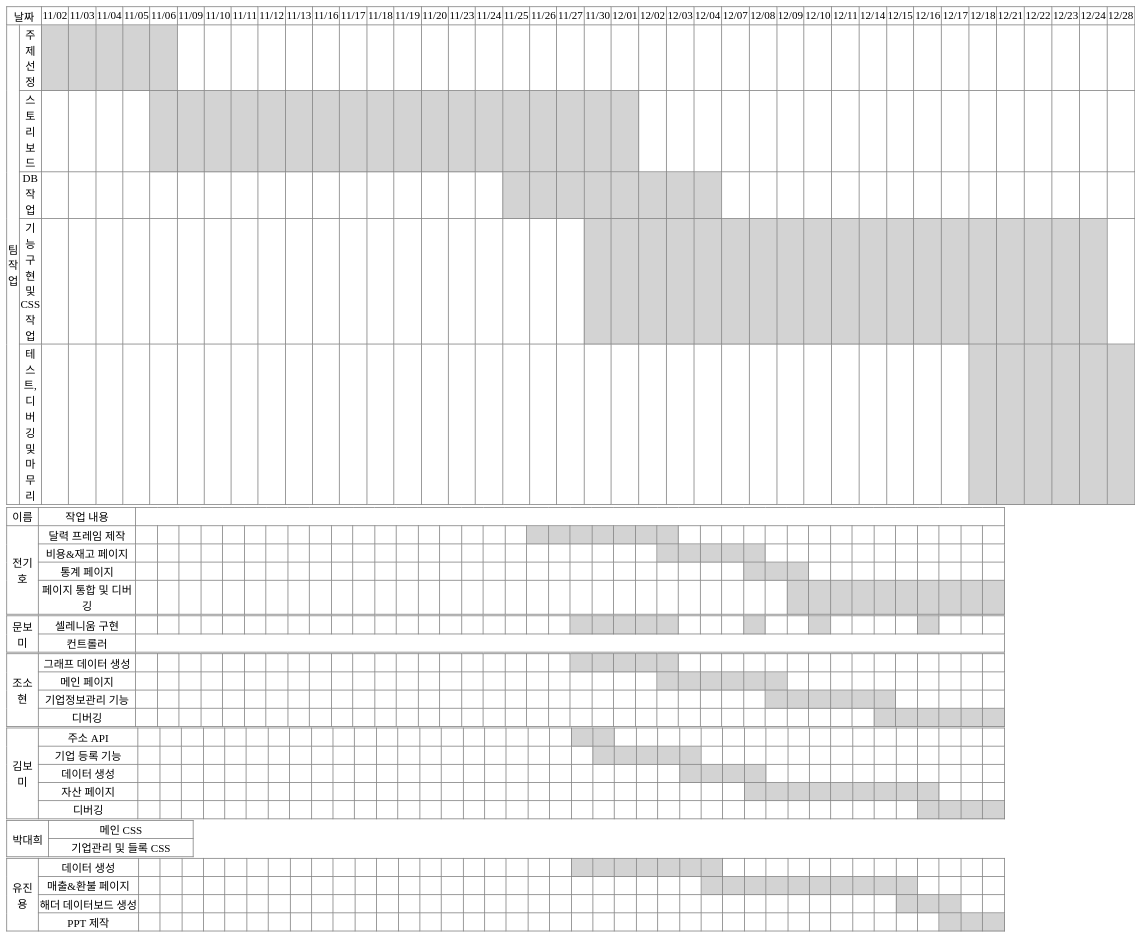
Repository: JEON-KIHO/finalProject
Page: http://localhost/ERP/WEB-INF/views/schedule.jsp
The author's editor kept a copy of each file at every save. The page is drawn from the files as they stood at one save, then again after the next save.
The browser window is 1280 px wide. The page is 1437 px wide, so the pictures cover 1437 px, including what lies to the right of the window. The pictures show the whole page, at 79% of full size.
The page is served by Tomcat 9. Nobody is signed in. The template is opened directly, without the code that normally fills it, so the values that code supplies are empty.

Above is the page before, as saved 2020-12-24 08:33:09.

After the next save:
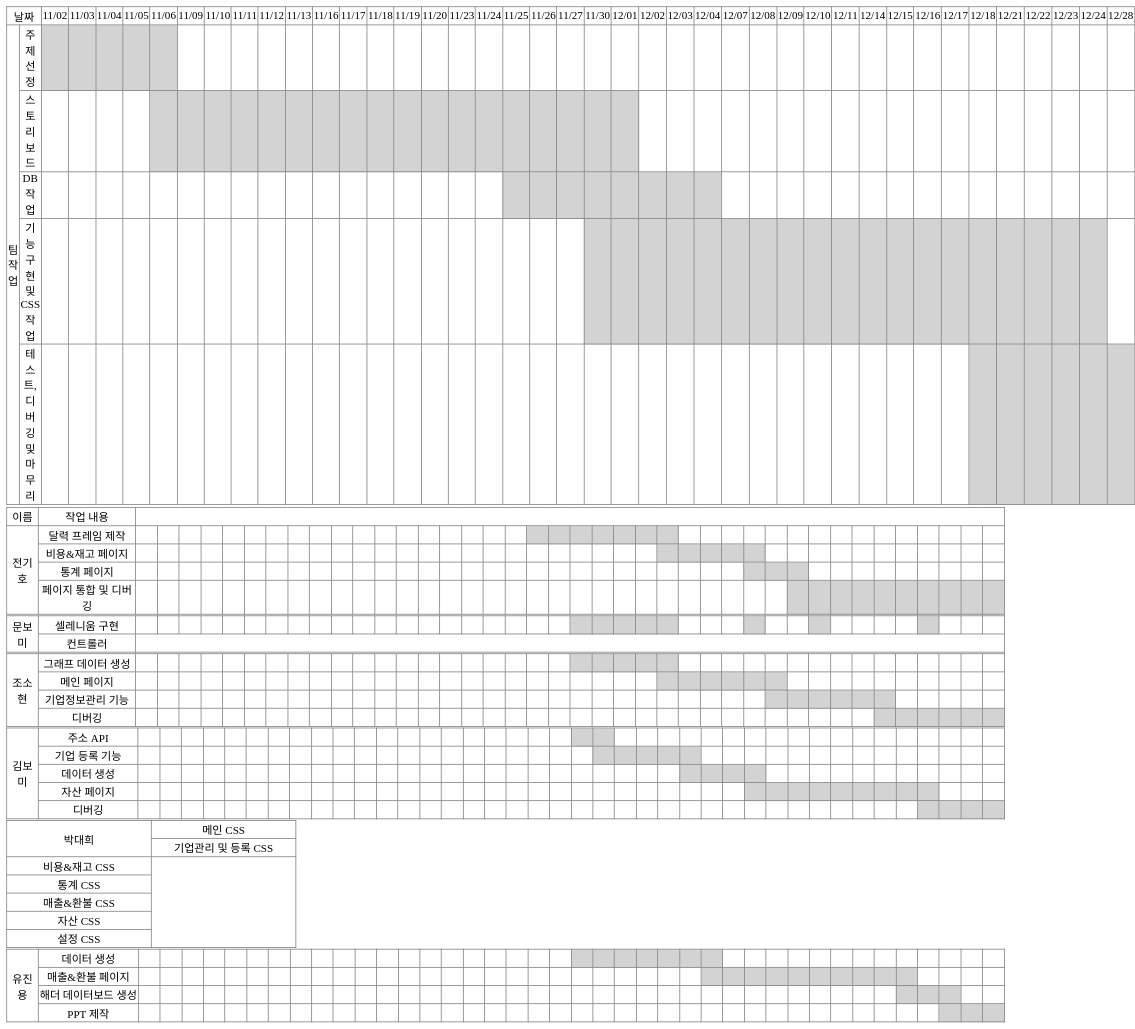
Saved 76 s later.
--- a/ERP/src/main/webapp/WEB-INF/views/schedule.jsp
+++ b/ERP/src/main/webapp/WEB-INF/views/schedule.jsp
@@ -215,7 +215,12 @@
 	<table border=1 style="margin-bottom:1px;">
 
 	<tr><td rowspan=2 style="width:50px;">박대희</td><td class="sub">메인 CSS</td></tr>
-	<tr><td class="sub">기업관리 및 들록 CSS</td></tr>
+	<tr><td class="sub">기업관리 및 등록 CSS</td></tr>
+	<tr><td class="sub">비용&재고 CSS</td></tr>
+	<tr><td class="sub">통계 CSS</td></tr>
+	<tr><td class="sub">매출&환불 CSS</td></tr>
+	<tr><td class="sub">자산 CSS</td></tr>
+	<tr><td class="sub">설정 CSS</td></tr>
 
 	</table>
 	<table border=1 style="margin-bottom:1px;">
